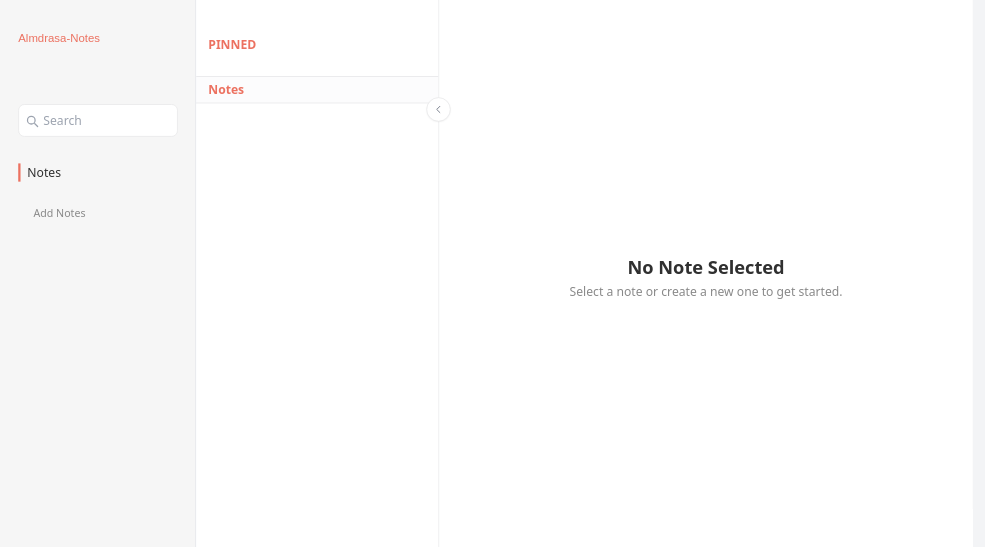
Repository: wafaa399/Note-App
Page: index.html
An editor plug-in stored every save of this project. The page is shown before and after the next save, followed by the edit.
The browser window is 1280 px wide. The page is 1280 px wide, then 1296 px, so the pictures cover 1296 px, including what lies to the right of the window. The pictures show the whole page, at 76% of full size.
Some web fonts or font styles are not loaded; a fallback is used. Some web libraries are served in a nearby version.

Above is the page before, as saved 2026-07-20 09:43:52.

### index.html
<!doctype html>
<html lang="en">
  <head>
    <meta charset="UTF-8" />
    <meta name="viewport" content="width=device-width, initial-scale=1.0" />
    <meta
      name="description"
      content="A notes application built with HTML, CSS, and JavaScript."
    />
    <title>Note App</title>
    <script src="https://cdn.tailwindcss.com"></script>
    <link rel="preconnect" href="https://fonts.googleapis.com" />
    <link rel="preconnect" href="https://fonts.gstatic.com" crossorigin />
    <link
      href="https://fonts.googleapis.com/css2?family=Aclonica&display=swap"
      rel="stylesheet"
    />

    <script>
      tailwind.config = {
        theme: {
          extend: {
            fontFamily: {
              aclonica: ["Aclonica", "sans-serif"],
            },
          },
        },
      };
    </script>
    <script type="module" src="./src/controller.js"></script>
  </head>
  <body class="bg-gray-100 h-screen overflow-hidden text-sm text-gray-800">
    <div
      class="flex flex-col md:flex-row h-screen w-screen relative overflow-hidden"
    >
      <!-- Header for phone-->
      <div
        class="md:hidden flex items-center justify-between h-14 px-4 border-b border-gray-200 bg-white relative z-30 flex-shrink-0"
      >
        <button id="mobileMenuBtn" class="text-[#303030]">
          <svg
            class="w-6 h-6"
            fill="none"
            stroke="currentColor"
            viewBox="0 0 24 24"
          >
            <path
              stroke-linecap="round"
              stroke-linejoin="round"
              stroke-width="2"
              d="M4 6h16M4 12h16M4 18h16"
            />
          </svg>
        </button>
        <h1 class="font-aclonica text-[0.9375rem] text-[#EC7160] font-normal">
          Almdrasa-Notes
        </h1>
        <button id="mobileSearchBtn" class="text-[#303030]">
          <svg
            class="w-5 h-5"
            fill="none"
            stroke="currentColor"
            viewBox="0 0 24 24"
          >
            <path
              stroke-linecap="round"
              stroke-linejoin="round"
              stroke-width="2"
              d="M21 21l-4.35-4.35M17 11a6 6 0 11-12 0 6 6 0 0112 0z"
            />
          </svg>
        </button>
      </div>
      <div
        id="sidebarBackdrop"
        class="hidden fixed inset-0 bg-black/40 z-40 md:hidden transition-opacity"
      ></div>

      <div
        class="flex flex-1 h-[calc(100vh-3.5rem)] md:h-screen w-full relative overflow-hidden"
      >
        <!-- SIDEBAR -->
        <aside
          id="sidebar"
          class="fixed md:relative top-0 left-0 h-full bg-[#F6F6F6] border-r border-gray-200 flex-shrink-0 overflow-y-auto pl-6 pt-10 z-50 -translate-x-full md:translate-x-0 transition-transform duration-300 ease-in-out"
          style="width: 16.125rem"
        >
          <button
            id="closeSidebarBtn"
            class="md:hidden absolute top-4 right-4 text-gray-500 hover:text-gray-700"
          >
            <svg
              class="w-5 h-5"
              fill="none"
              stroke="currentColor"
              viewBox="0 0 24 24"
            >
              <path
                stroke-linecap="round"
                stroke-linejoin="round"
                stroke-width="2"
                d="M6 18L18 6M6 6l12 12"
              />
            </svg>
          </button>

          <div class="w-[8.375rem] h-[1.0625rem] mb-[5rem]">
            <h1
              class="font-aclonica text-[0.9375rem] text-[#EC7160] font-normal"
            >
              Almdrasa-Notes
            </h1>
          </div>

          <div class="relative mb-5 w-[13.125rem] h-[2.7rem]">
            <input
              type="text"
              placeholder="Search"
              class="w-full h-full text-[1rem] border border-[#E7E7E9] rounded-lg pl-8 py-2 outline-none focus:ring-1 focus:ring-red-400"
            />
            <svg
              class="w-5 h-5 text-gray-400 absolute left-2 top-1/2 -translate-y-1/2"
              fill="none"
              stroke="currentColor"
              viewBox="0 0 24 24"
            >
              <path
                stroke-linecap="round"
                stroke-linejoin="round"
                stroke-width="2"
                d="M21 21l-4.35-4.35M17 11a6 6 0 11-12 0 6 6 0 0112 0z"
              />
            </svg>
          </div>

          <div class="space-y-2">
            <button
              data-view="notes"
              class="nav-item relative w-full h-[3.3rem] pl-3 rounded text-[1rem] font-medium text-[#303030] flex items-center"
            >
              <span
                class="absolute left-0 top-1/2 -translate-y-1/2 w-[.2rem] h-[1.5rem] bg-[#EC7160]"
              ></span>
              Notes
            </button>

            <button
              data-view="add"
              class="nav-item w-full h-10 text-left pl-5 rounded text-[#898989] flex items-center hover:bg-gray-100"
            >
              Add Notes
            </button>
          </div>
        </aside>

        <!--for notes -->
        <section
          id="notesSection"
          class="w-full md:w-80 flex-shrink-0 border-r border-[#E7E7E9] bg-white text-[#EC7160] h-full relative"
        >
          <div class="h-full overflow-y-auto px-4 pt-6 md:pt-12 pb-20">
            <div class="mb-6">
              <p class="text-[1rem] font-semibold text-[#EC7160] mb-3">
                PINNED
              </p>
              <div id="pinnedList" class="space-y-2"></div>
            </div>
            <div class="mt-8">
              <div
                class="-mx-4 mb-4 h-[36px] border-y border-[#E7E7E9] flex items-center bg-gray-50/50"
              >
                <p class="px-4 text-[1rem] font-semibold text-[#EC7160]">
                  Notes
                </p>
              </div>
              <div id="notesList" class="space-y-4"></div>
            </div>
          </div>

          <button
            id="toggleBtn"
            class="hidden md:flex absolute top-32 right-0 translate-x-1/2 z-20 w-8 h-8 bg-white border border-[#E7E7E9] rounded-full items-center justify-center shadow-sm hover:bg-gray-50 transition-all"
          >
            <svg
              id="toggleIcon"
              class="w-3.5 h-3.5 text-gray-500 transition-transform"
              fill="none"
              stroke="currentColor"
              viewBox="0 0 24 24"
            >
              <path
                stroke-linecap="round"
                stroke-linejoin="round"
                stroke-width="2"
                d="M15 19l-7-7 7-7"
              />
            </svg>
          </button>
        </section>

        <!--content of notes-->
        <main
          id="detailSection"
          class="hidden md:block flex-1 h-full overflow-y-auto bg-white relative"
        >
          <div id="detailView" class="p-6 md:pt-[114px]"></div>

          <button
            id="addNoteFab"
            class="fixed sm:hidden bottom-6 right-6 w-14 h-14 md:w-16 md:h-16 rounded-full bg-[#EC7160] text-white flex items-center justify-center shadow-lg hover:bg-[#e05f4d] transition-all z-3"
          >
            <svg
              class="w-8 h-8"
              fill="none"
              stroke="currentColor"
              viewBox="0 0 24 24"
            >
              <path
                stroke-linecap="round"
                stroke-linejoin="round"
                stroke-width="2"
                d="M12 4v16m8-8H4"
              />
            </svg>
          </button>
        </main>
      </div>
    </div>
  </body>
</html>
<!-- <body class="bg-gray-100 h-screen overflow-hidden text-sm text-gray-800">
    <!body-- for phone only --
    <div
      class="md:hidden flex items-center justify-between h-14 px-4 border-b border-gray-200 bg-white relative z-30"
    >
      <button id="mobileMenuBtn" class="text-[#303030]">
        <svg
          class="w-6 h-6"
          fill="none"
          stroke="currentColor"
          viewBox="0 0 24 24"
        >
          <path
            stroke-linecap="round"
            stroke-linejoin="round"
            stroke-width="2"
            d="M4 6h16M4 12h16M4 18h16"
          />
        </svg>
      </button>
      <h1 class="font-aclonica text-[0.9375rem] text-[#EC7160] font-normal">
        Almdrasa-Notes
      </h1>
      <button id="mobileSearchBtn" class="text-[#303030]">
        <svg
          class="w-5 h-5"
          fill="none"
          stroke="currentColor"
          viewBox="0 0 24 24"
        >
          <path
            stroke-linecap="round"
            stroke-linejoin="round"
            stroke-width="2"
            d="M21 21l-4.35-4.35M17 11a6 6 0 11-12 0 6 6 0 0112 0z"
          />
        </svg>
      </button>
    </div>
    <div
      id="sidebarBackdrop"
      class="hidden md:hidden fixed inset-0 bg-black/30 z-30"
    ></div>

    <div class="flex h-[calc(100vh-3.5rem)] md:h-screen w-screen relative">
      < ------SIDEBAR -------- --
      <aside
        id="sidebar"
        class="bg-[#F6F6F6] border-r border-gray-200 flex-shrink-0 overflow-hidden pl-6 pt-10 md:translate-x-0 transition-transform duration-300"
        style="width: 16.125rem"
      >
        <button
          id="closeSidebarBtn"
          class="md:hidden absolute top-4 right-4 text-gray-500"
        >
          <svg
            class="w-5 h-5"
            fill="none"
            stroke="currentColor"
            viewBox="0 0 24 24"
          >
            <path
              stroke-linecap="round"
              stroke-linejoin="round"
              stroke-width="2"
              d="M6 18L18 6M6 6l12 12"
            />
          </svg>
        </button>

        <div class="w-[8.375rem] h-[1.0625rem] mb-[5rem]">
          <h1 class="font-aclonica text-[0.9375rem] text-[#EC7160] font-normal">
            Almdrasa-Notes
          </h1>
        </div>

        <div class="relative mb-5 w-[13.125rem] h-[2.7rem]">
          <input
            type="text"
            placeholder="Search"
            class="w-full h-full text-[1rem] border border-[#E7E7E9] rounded-lg pl-8 py-2 outline-none focus:ring-1 focus:ring-red-400"
          />
          <svg
            class="w-5 h-5 text-gray-400 absolute left-2 top-1/2 -translate-y-1/2"
            fill="none"
            stroke="currentColor"
            viewBox="0 0 24 24"
          >
            <path
              stroke-linecap="round"
              stroke-linejoin="round"
              stroke-width="2"
              d="M21 21l-4.35-4.35M17 11a6 6 0 11-12 0 6 6 0 0112 0z"
            />
          </svg>
        </div>
        <div class="space-y-2">
          <button
            data-view="notes"
            class="nav-item relative w-full h-[3.3rem] pl-3 rounded text-[1rem] font-medium text-[#303030] flex items-center"
          >
            <span
              class="absolute left-0 top-1/2 -translate-y-1/2 w-[.2rem] h-[1.5rem] bg-[#EC7160]"
            ></span>
            Notes
          </button>

          <button
            data-view="add"
            class="nav-item w-full h-3 text-left pl-5 rounded text-[#898989] flex items-center hover:bg-gray-50"
          >
            Add Notes
          </button>
        </div>
      </aside>

      <!- <!-NOTES LIST:pinned or all -- --
      <section
        class="relative md:w-80 flex-shrink-0 border border-[#E7E7E9] bg-white text-[#EC7160] h-full"
      >
        <div class="h-full overflow-y-auto overflow-x-hidden px-4 pt-12">
          <div class="mb-1">
            <p class="text-[1rem] font-normal mb-2">PINNED</p>
            <div id="pinnedList" class="space-y-1"></div>
          </div>
          <div class="mt-17">
            <div
              class="-mx-4 mb-8 h-[36px] border-y border-[#E7E7E9] flex items-center"
            >
              <p class="px-4 text-[1rem] font-normal">Notes</p>
            </div>
            <div id="notesList" class="space-y-9"></div>
          </div>
        </div>
        <button
          id="toggleBtn"
          class="absolute top-32 right-0 translate-x-1/2 z-20 w-8 h-8 bg-white border border-[#E7E7E9] rounded-full flex items-center justify-center shadow-sm hover:bg-gray-50 transition-all"
        >
          <svg
            id="toggleIcon"
            class="w-3.5 h-3.5 text-gray-500 transition-transform"
            fill="none"
            stroke="currentColor"
            viewBox="0 0 24 24"
          >
            <path
              stroke-linecap="round"
              stroke-linejoin="round"
              stroke-width="2"
              d="M15 19l-7-7 7-7"
            />
          </svg>
        </button>
      </section>
      <!-NOTE DETAIL --
      <main class="flex-1 overflow-y-auto bg-white">
        <div id="detailView" class="pt-[114px]"></div>
        <button
          id="addNoteFab"
          class="absolute top-[45.2rem] right-[3.9rem] w-16 h-16 rounded-full bg-[#EC7160] text-white flex items-center justify-center shadow-md hover:bg-[#e05f4d] transition-colors"
        >
          <svg
            class="w-[2.3rem] h-[2.3rem]"
            fill="none"
            stroke="currentColor"
            viewBox="0 0 24 24"
          >
            <path
              stroke-linecap="round"
              stroke-linejoin="round"
              stroke-width="2"
              d="M12 4v16m8-8H4"
            />
          </svg>
        </button>
      </main>
    </div>
  </body> -->

### src/controller.js
import * as Model from "./model.js";
import { renderNotesList } from "./Views/notesView.js";
import { renderNoteDetail, renderAddNoteForm } from "./Views/detailsView.js";

let currentQuery = "";
const isMobile = () => window.matchMedia("(max-width: 767px)").matches;

function showListScreen() {
  const notesSection = document.getElementById("notesSection");
  const detailSection = document.getElementById("detailSection");

  if (notesSection) notesSection.classList.remove("hidden");
  if (detailSection) detailSection.classList.add("hidden");
}

function showDetailScreen() {
  const notesSection = document.getElementById("notesSection");
  const detailSection = document.getElementById("detailSection");

  if (isMobile()) {
    if (notesSection) notesSection.classList.add("hidden");
    if (detailSection) detailSection.classList.remove("hidden");
  } else {
    if (detailSection) detailSection.classList.remove("hidden");
  }
}
function refreshList() {
  const source = currentQuery
    ? Model.searchNotes(currentQuery)
    : Model.getAllNotes();
  const pinned = source.filter((n) => n.pinned);
  const unpinned = source.filter((n) => !n.pinned);

  renderNotesList({
    pinned,
    unpinned,
    onSelect: (id) => {
      const note = Model.getNoteById(id);
      renderNoteDetail(note);
      showDetailScreen();
    },
    onDelete: (id) => {
      Model.deleteNote(id);
      refreshList();
      renderNoteDetail(null);
      showListScreen();
    },
  });
}

function showAddNoteForm() {
  renderAddNoteForm({
    onSubmit: ({ title, author, content, pinned }) => {
      const note = Model.addNote({ title, author, content, pinned });
      refreshList();
      renderNoteDetail(note);
      showDetailScreen();
    },
  });
  showDetailScreen();
}

function openMobileSidebar() {
  document.getElementById("sidebar").classList.remove("-translate-x-full");
  document.getElementById("sidebarBackdrop").classList.remove("hidden");
}

function closeMobileSidebar() {
  document.getElementById("sidebar").classList.add("-translate-x-full");
  document.getElementById("sidebarBackdrop").classList.add("hidden");
}

function initSidebar() {
  document.querySelectorAll(".nav-item").forEach((btn) => {
    btn.addEventListener("click", () => {
      const view = btn.dataset.view;
      if (view === "add") {
        showAddNoteForm();
      } else {
        renderNoteDetail(null);
        showListScreen();
      }
      closeMobileSidebar();
    });
  });

  document
    .getElementById("addNoteFab")
    .addEventListener("click", showAddNoteForm);
  document
    .getElementById("mobileMenuBtn")
    .addEventListener("click", openMobileSidebar);

  document
    .getElementById("closeSidebarBtn")
    .addEventListener("click", closeMobileSidebar);

  document
    .getElementById("sidebarBackdrop")
    .addEventListener("click", closeMobileSidebar);

  document.getElementById("mobileSearchBtn").addEventListener("click", () => {
    openMobileSidebar();
    document.querySelector('input[placeholder="Search"]').focus();
  });
}

function initSearch() {
  document
    .querySelector('input[placeholder="Search"]')
    .addEventListener("input", (e) => {
      currentQuery = e.target.value;
      refreshList();
    });
}

function initToggleSidebar() {
  const sidebar = document.getElementById("sidebar");
  const toggleBtn = document.getElementById("toggleBtn");
  const toggleIcon = document.getElementById("toggleIcon");
  let collapsed = false;

  if (toggleBtn) {
    toggleBtn.addEventListener("click", () => {
      collapsed = !collapsed;
      sidebar.style.width = collapsed ? "0rem" : "16.125rem";
      sidebar.style.paddingLeft = collapsed ? "0" : "";
      toggleIcon.style.transform = collapsed
        ? "rotate(180deg)"
        : "rotate(0deg)";
    });
  }
}

function init() {
  initSidebar();
  initSearch();
  initToggleSidebar();
  refreshList();
  renderNoteDetail(null);
  showListScreen();
}

document.addEventListener("DOMContentLoaded", init);

### src/model.js
const STORAGE_KEY = "almdrasa_notes";

function loadNotes() {
  const data = localStorage.getItem(STORAGE_KEY);
  return data ? JSON.parse(data) : [];
}

function saveNotes(notes) {
  localStorage.setItem(STORAGE_KEY, JSON.stringify(notes));
}

let notes = loadNotes();
//to get data of notes from localstorage

export function getAllNotes() {
  return notes;
}

///status of notes
//1-pinned notes
export function getPinnedNotes() {
  return notes.filter((n) => n.pinned);
}

//2-regular notes
export function getUnpinnedNotes() {
  return notes.filter((n) => !n.pinned);
}
export function getNoteById(id) {
  return notes.find((n) => n.id === id);
}

export function addNote({ title, author, content, pinned = false }) {
  const newNote = {
    id: Date.now().toString(),
    title,
    author,
    content,
    date: new Date().toISOString(),
    pinned,
  };
  notes.unshift(newNote);
  saveNotes(notes);
  return newNote;
}

export function deleteNote(id) {
  notes = notes.filter((n) => n.id !== id);
  saveNotes(notes);
}

export function searchNotes(query) {
  const q = query.trim().toLowerCase();
  if (!q) return notes;
  return notes.filter(
    (n) =>
      n.title.toLowerCase().includes(q) || n.content.toLowerCase().includes(q),
  );
}

### src/views/notesView.js
import { formatDate, truncate, clear } from "../helper.js";

function noteItemHTML(note) {
  return `
    <div class="w-full min-h-[6.625rem] note-item cursor-pointer px-3 py-3 rounded-lg hover:bg-gray-50 border border-transparent hover:border-gray-200 transition-all" data-id="${note.id}">
      <p class="font-medium text-[#303030] leading-6 text-[1rem] break-words">${note.title}</p>
      <p class="w-full text-[#898989] text-[.82rem] font-medium leading-5 mt-1 break-words">${truncate(note.content, 70)}</p>
      <div class="w-full flex justify-between items-center mt-2 pt-1 border-t border-gray-100/60">
        <span class="text-[#898989] text-[.81rem] leading-5 font-medium">${formatDate(note.date)}</span>
        <button class="delete-btn text-[#D82700] text-sm hover:underline font-medium" data-id="${note.id}">Delete</button>
      </div>
    </div>
  `;
}

export function renderFlatList(container, notes, { onSelect, onDelete }) {
  clear(container);
  notes.forEach((note) =>
    container.insertAdjacentHTML("beforeend", noteItemHTML(note)),
  );
  container.querySelectorAll(".note-item").forEach((item) => {
    item.addEventListener("click", (e) => {
      if (e.target.classList.contains("delete-btn")) return;
      onSelect(item.dataset.id);
    });
  });
  container.querySelectorAll(".delete-btn").forEach((btn) => {
    btn.addEventListener("click", (e) => {
      e.stopPropagation();
      onDelete(btn.dataset.id);
    });
  });
}

export function renderNotesList({ pinned, unpinned, onSelect, onDelete }) {
  const pinnedContainer = document.getElementById("pinnedList");
  const notesContainer = document.getElementById("notesList");
  clear(pinnedContainer);
  clear(notesContainer);

  pinned.forEach((note) =>
    pinnedContainer.insertAdjacentHTML("beforeend", noteItemHTML(note)),
  );
  unpinned.forEach((note) =>
    notesContainer.insertAdjacentHTML("beforeend", noteItemHTML(note)),
  );

  document.querySelectorAll(".note-item").forEach((item) => {
    item.addEventListener("click", (e) => {
      if (e.target.classList.contains("delete-btn")) return;
      onSelect(item.dataset.id);
    });
  });

  document.querySelectorAll(".delete-btn").forEach((btn) => {
    btn.addEventListener("click", (e) => {
      e.stopPropagation();
      onDelete(btn.dataset.id);
    });
  });
}

### src/helper.js
export function formatDate(isoString) {
  const date = new Date(isoString);
  return date.toLocaleDateString("en-US", {
    month: "short",
    day: "numeric",
    year: "numeric",
  });
}
// //if the description of note very long
export function truncate(text, maxLength = 90) {
  if (text.length <= maxLength) return text;
  return text.slice(0, maxLength).trim();
}

//for clearing search
export function clear(container) {
  container.innerHTML = "";
}

Loaded but not shown: src/views/detailsView.js (140 lines, source omitted)

After the next save:
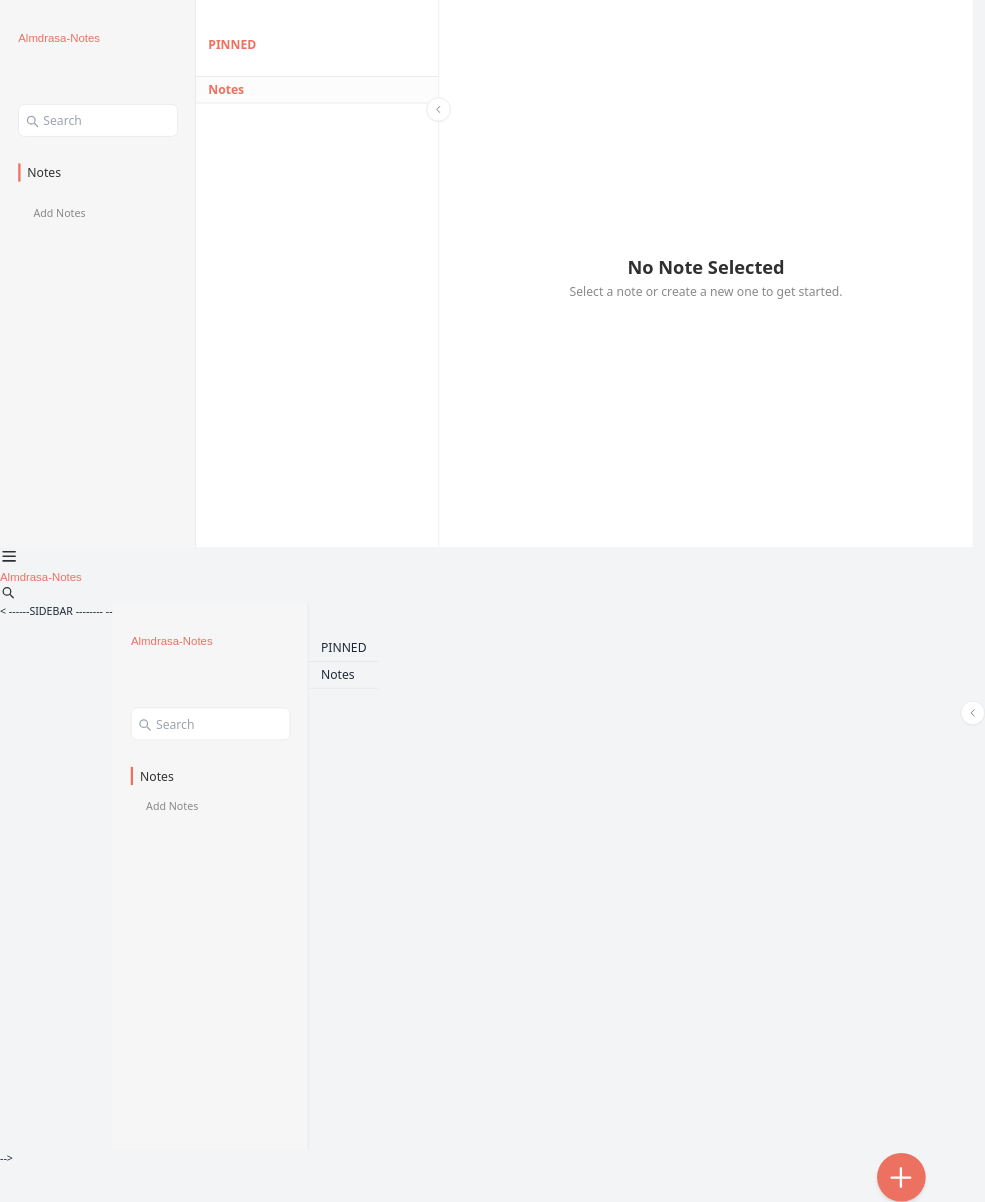
Saved 4 min 9 s later.
--- a/index.html
+++ b/index.html
@@ -228,7 +228,6 @@
     </div>
   </body>
 </html>
-<!-- <body class="bg-gray-100 h-screen overflow-hidden text-sm text-gray-800">
     <!body-- for phone only --
     <div
       class="md:hidden flex items-center justify-between h-14 px-4 border-b border-gray-200 bg-white relative z-30"
